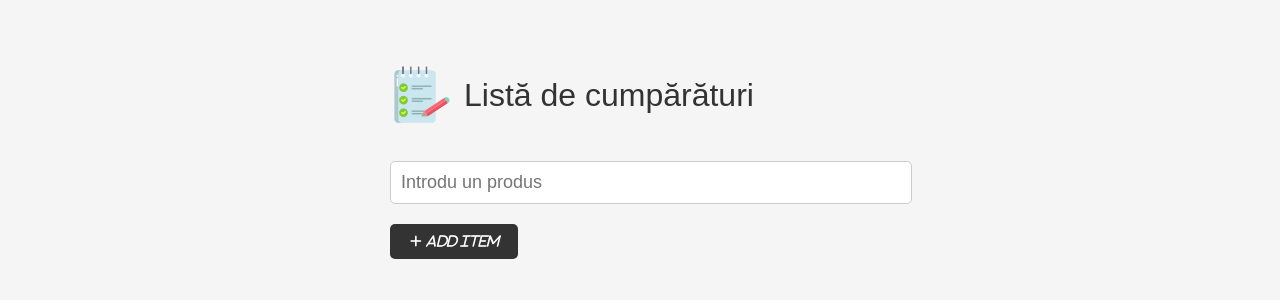
Repository: klaus0005/shopping-list
Page: index.html
The author's editor kept a copy of each file at every save. The page is drawn from the files as they stood at one save, then again after the next save.
The browser window is 1280 px wide. The pictures show the whole page.
Some web libraries are served in a nearby version.

Above is the page before, as saved 2024-06-26 23:55:19.

### index.html
<!DOCTYPE html>
<html lang="en">

  <head>
    <meta charset="UTF-8" />
    <meta http-equiv="X-UA-Compatible" content="IE=edge" />
    <meta name="viewport" content="width=device-width, initial-scale=1.0" />
    <link rel="stylesheet" href="https://cdnjs.cloudflare.com/ajax/libs/font-awesome/6.1.2/css/all.min.css"
      integrity="sha512-1sCRPdkRXhBV2PBLUdRb4tMg1w2YPf37qatUFeS7zlBy7jJI8Lf4VHwWfZZfpXtYSLy85pkm9GaYVYMfw5BC1A=="
      crossorigin="anonymous" referrerpolicy="no-referrer" />
    <link rel="stylesheet" href="style.css" />
    <title>Listă de cumpărături</title>
  </head>

  <body>
    <div class="container">
      <header>
        <img src="images/note.png" alt="" />
        <h1>Listă de cumpărături</h1>
      </header>
      <form id="item-form">
        <div class="form-control">
          <input type="text" class="form-input" id="item-input" name="item" placeholder="Introdu un produs" />
        </div>
        <div class="form-control">
          <button type="submit" class="btn">
            <i class="fa-solid fa-plus"></i> Adaugă
          </button>
        </div>
      </form>

      <div class="filter">
        <input type="text" class="form-input-filter" id="filter" placeholder="Filtrează produse" />
      </div>

      <ul id="item-list" class="items"></ul>

      <button id="clear" class="btn-clear">Șterge tot</button>
    </div>

    <script src="script.js"></script>
  </body>

</html>

### style.css
git add .
@import url('https://fonts.googleapis.com/css2?family=Poppins:wght@300;400;700&display=swap');

*,
*::before,
*::after {
  margin: 0;
  padding: 0;
  box-sizing: border-box;
}

body {
  font-family: 'Poppins', sans-serif;
  font-size: 16px;
  line-height: 1.5;
  color: #333;
  background-color: #f5f5f5;
}

header {
  display: flex;
  justify-content: flex-start;
  align-items: center;
  margin-bottom: 20px;
}

header h1 {
  font-weight: 300;
  margin-left: 10px;
}

.container {
  max-width: 500px;
  margin: 30px auto;
  padding: 20px;
}

.edit-mode {
  color: #ccc;
}

/* Form & Input */
.form-input {
  width: 100%;
  font-size: 18px;
  margin-bottom: 20px;
  padding: 10px;
  border: 1px solid #ccc;
  border-radius: 5px;
  outline: none;
}

.form-input-filter {
  margin-top: 20px;
  width: 100%;
  font-size: 18px;
  margin-bottom: 20px;
  padding: 10px;
  border: none;
  border-bottom: 1px solid #ccc;
  background: transparent;
  outline: none;
}

/* Buttons */
.btn {
  background-color: #333;
  color: #fff;
  border: none;
  border-radius: 5px;
  padding: 10px 20px;
  cursor: pointer;
}

.btn:hover {
  background-color: #444;
}

.btn-link {
  font-size: 16px;
  background-color: transparent;
  color: #333;
  border: none;
  padding: 0;
  cursor: pointer;
}

.btn-clear {
  margin-top: 20px;
  width: 100%;
  font-size: 16px;
  background-color: transparent;
  color: #333;
  border: 1px solid #ccc;
  border-radius: 5px;
  padding: 10px 20px;
  cursor: pointer;
}

.btn-clear:hover {
  background-color: #f1f1f1;
}

.text-red {
  color: red;
}

/* Items */

.items {
  margin-top: 20px;
  display: flex;
  flex-wrap: wrap;
}

.items li {
  display: flex;
  justify-content: space-between;
  width: 45%;
  border: 1px solid #ccc;
  border-radius: 5px;
  padding: 10px 15px;
  margin: 0 5px 20px;
  font-weight: 700;
  cursor: pointer;
}

@media (max-width: 500px) {
  .items li {
    width: 100%;
  }
}

### script.js
const itemForm = document.getElementById('item-form');
const itemInput = document.getElementById('item-input');
const itemList = document.getElementById('item-list');
const clearBtn = document.getElementById('clear');
const itemFilter = document.getElementById('filter');
const formBtn = itemForm.querySelector('button');
let isEditMode = false;

function displayItems() {
  const itemsFromStorage = getItemsFromStorage();
  itemsFromStorage.forEach((item) => addItemToDOM(item));
  checkUI();
}

function onAddItemSubmit(e) {
  e.preventDefault();
  const newItem = itemInput.value;

  //Validate input
  if (newItem === '') {
    alert('Please add an item');
    return;
  }

  //Check for edit mode
  if (isEditMode) {
    const itemToEdit = itemList.querySelector('.edit-mode');

    removeItemFromStorage(itemToEdit.textContent);
    itemToEdit.classList.remove('.edit-mode');
    itemToEdit.remove();
    isEditMode = false;
  } else {
    if (checkIfItemExist(newItem)) {
      alert('That item already exists!');
      return;
    }
  }

  //Create item to DOM element
  addItemToDOM(newItem);

  //Add item to local storage
  addItemToStorage(newItem);

  checkUI();

  itemInput.value = '';
}

function addItemToDOM(item) {
  //Create list item
  const li = document.createElement('li');
  li.appendChild(document.createTextNode(item));

  const button = createButton('remove-item btn-link text-red');
  li.appendChild(button);

  // Add li to the DOM
  itemList.appendChild(li);
}

function createButton(classes) {
  const button = document.createElement('button');
  button.className = classes;
  const icon = createIcon('fa-solid fa-xmark');
  button.appendChild(icon);
  return button;
}

function createIcon(classes) {
  const icon = document.createElement('i');
  icon.className = classes;
  return icon;
}

function addItemToStorage(item) {
  const itemsFromStorage = getItemsFromStorage();

  // Add new item to an array
  itemsFromStorage.push(item);

  //convert to JSON string and set to local storage
  localStorage.setItem('items', JSON.stringify(itemsFromStorage));
}

function getItemsFromStorage() {
  let itemsFromStorage;

  if (localStorage.getItem('items') === null) {
    itemsFromStorage = [];
  } else {
    itemsFromStorage = JSON.parse(localStorage.getItem('items'));
  }

  return itemsFromStorage;
}

function onClickItem(e) {
  if (e.target.parentElement.classList.contains('remove-item')) {
    removeItem(e.target.parentElement.parentElement);
  } else {
    setItemToEdit(e.target);
  }
}

function checkIfItemExist(item) {
  const itemsFromStorage = getItemsFromStorage();
  return itemsFromStorage.includes(item);
}

function setItemToEdit(item) {
  isEditMode = true;

  itemList
    .querySelectorAll('li')
    .forEach((i) => i.classList.remove('edit-mode'));

  item.classList.add('edit-mode');
  formBtn.innerHTML = '<i class="fa-solid fa-pen"></i>   Update Item';
  itemInput.value = item.textContent;
  formBtn.style.backgroundColor = '#228B22';
}

function removeItem(item) {
  if (confirm('Are you sure')) {
    //Remove item from DOM
    item.remove();

    //Remove item from storage
    removeItemFromStorage(item.textContent);

    checkUI();
  }
}

function removeItemFromStorage(item) {
  let itemsFromStorage = getItemsFromStorage();
  //Filter out item to be removed

  itemsFromStorage = itemsFromStorage.filter((i) => i !== item);

  //re-set to local storage
  localStorage.setItem('items', JSON.stringify(itemsFromStorage));
}

function clearItems() {
  while (itemList.firstChild) {
    itemList.removeChild(itemList.firstChild);
  }

  //Clear from localStorage
  localStorage.removeItem('items');
  checkUI();
}

function filterItems(e) {
  const items = itemList.querySelectorAll('li');
  const text = e.target.value.toLowerCase();
  items.forEach((item) => {
    const itemName = item.firstChild.textContent.toLowerCase();
    if (itemName.indexOf(text) != -1) {
      item.style.display = 'flex';
    } else {
      item.style.display = 'none';
    }
  });
}

function checkUI() {
  itemInput.value = '';

  const items = itemList.querySelectorAll('li');
  if (items.length === 0) {
    clearBtn.style.display = 'none';
    itemFilter.style.display = 'none';
  } else {
    clearBtn.style.display = 'block';
    itemFilter.style.display = 'block';
  }

  formBtn.innerHTML = '<i class="fa-solid fa-plus"><i> Add item';
  formBtn.style.backgroundColor=

  isEditMode = false;
}

//Initialize app
function init() {
  // Event listeners
  itemForm.addEventListener('submit', onAddItemSubmit);
  itemList.addEventListener('click', onClickItem);
  clearBtn.addEventListener('click', clearItems);
  itemFilter.addEventListener('input', filterItems);
  document.addEventListener('DOMContentLoaded', displayItems);

  checkUI();
}
init();

After the next save:
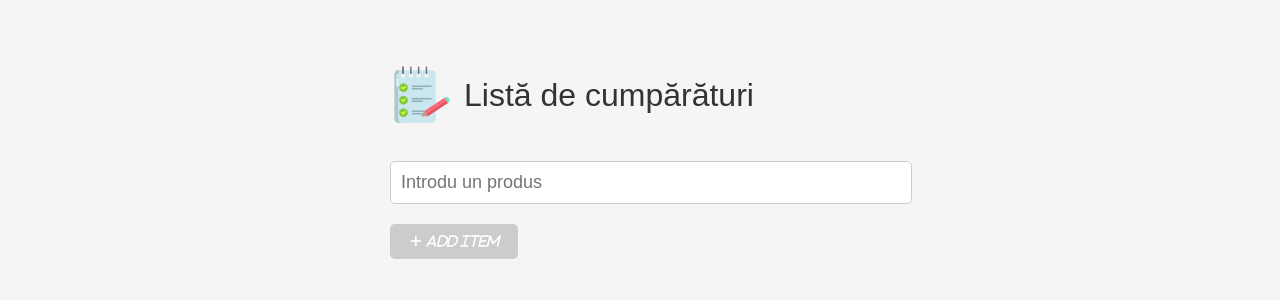
Saved 5 s later.
--- a/script.js
+++ b/script.js
@@ -180,7 +180,7 @@ function checkUI() {
   }
 
   formBtn.innerHTML = '<i class="fa-solid fa-plus"><i> Add item';
-  formBtn.style.backgroundColor=
+  formBtn.style.backgroundColor='#ccc'
 
   isEditMode = false;
 }
